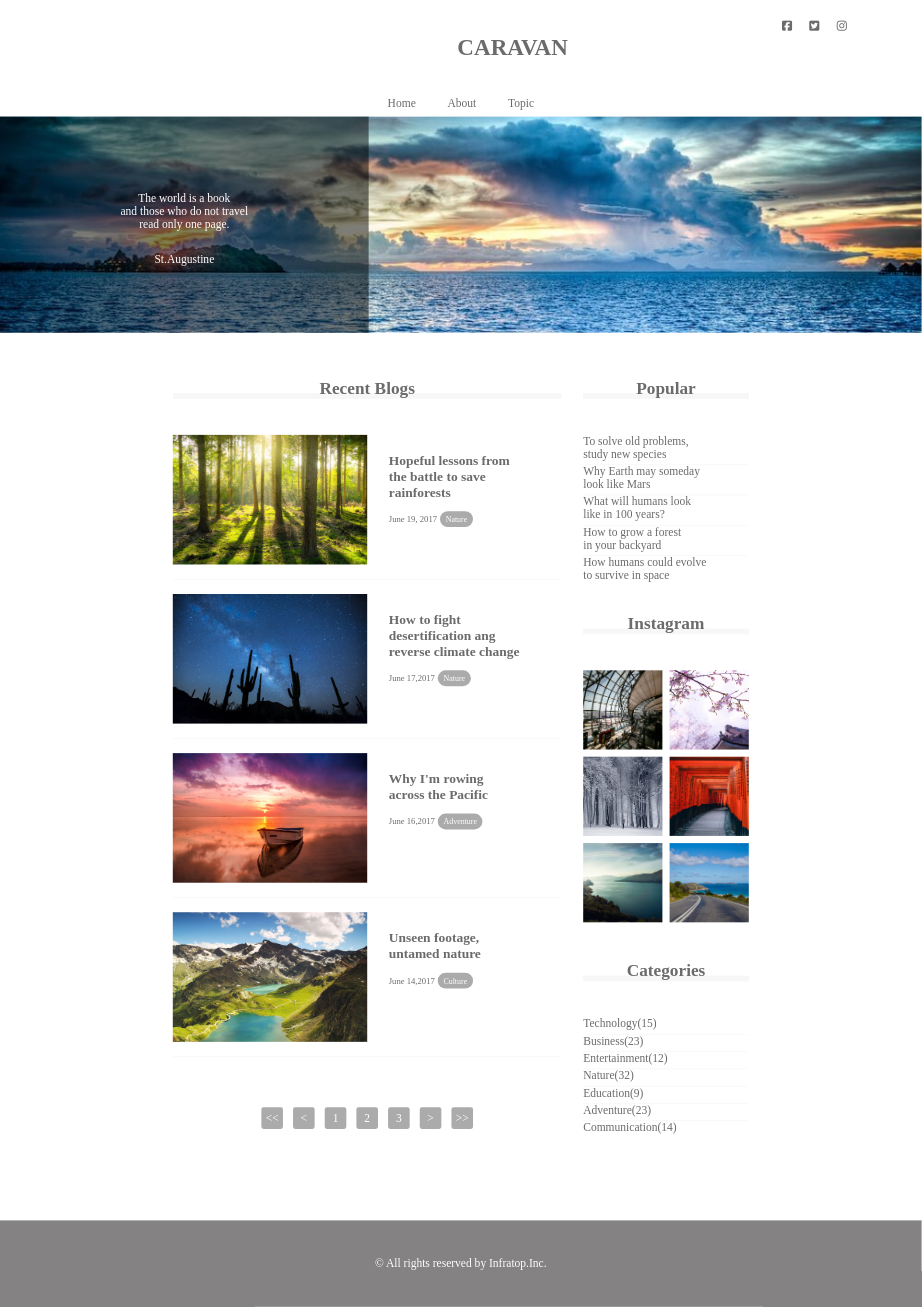
Repository: takanauti/task
Page: caravan/index.html
The author's editor kept a record of every edit. The page is drawn from the files as they stood at one moment, then again after the next edit.
The browser window is 1280 px wide. The pictures show the whole page, at 72% of full size.
Some web libraries are served in a nearby version.

Above is the page before.

After the next edit:
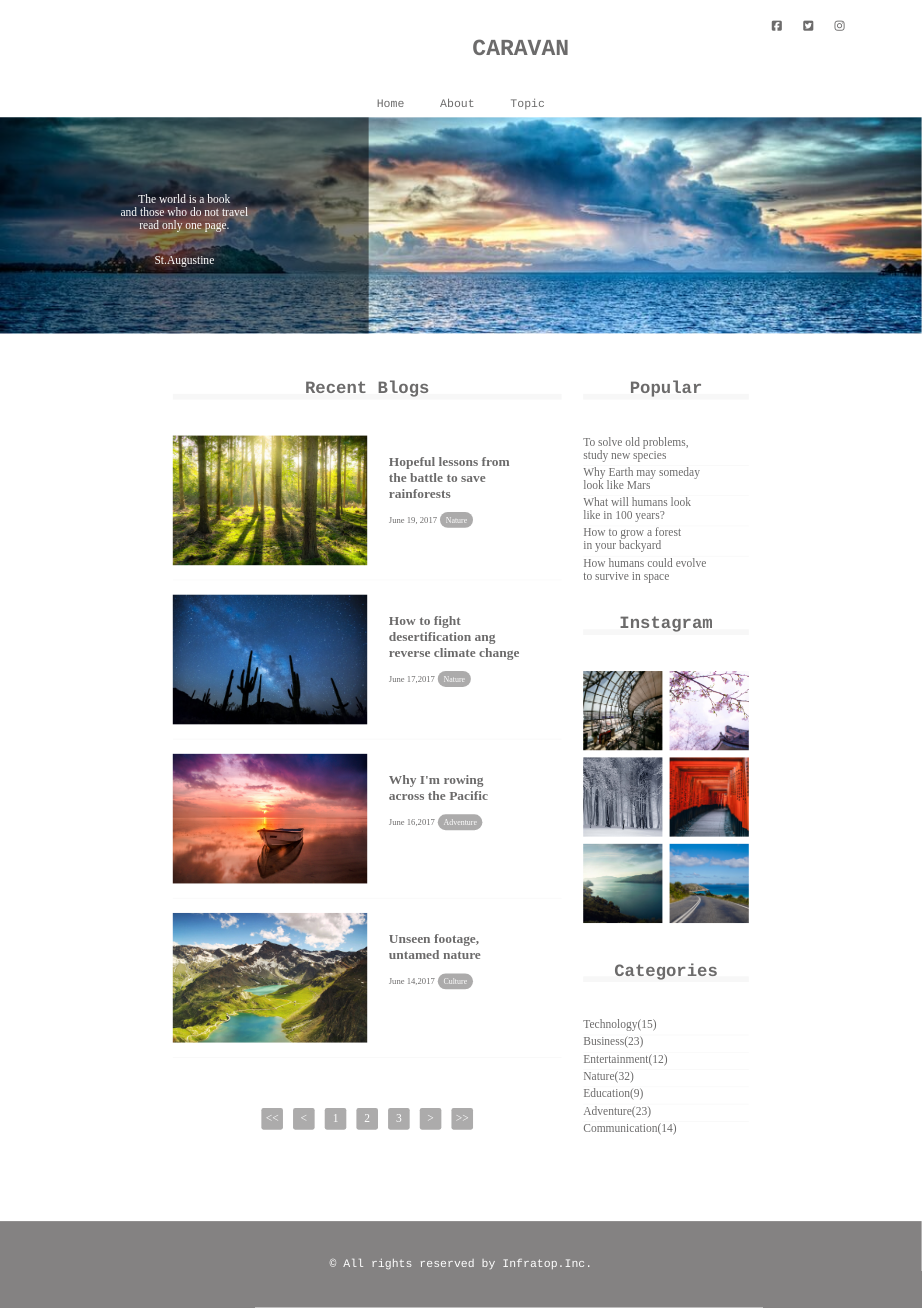
The edit:
--- a/caravan/style.css
+++ b/caravan/style.css
@@ -8,6 +8,10 @@
 
 a {
   text-decoration: none;
+}
+
+header,nav,h2,main-visual,footer{
+  font-family: Chalkduster,"Bradley Hand",Courier,"Segoe Print",sans-serif;
 }
 
 header {
